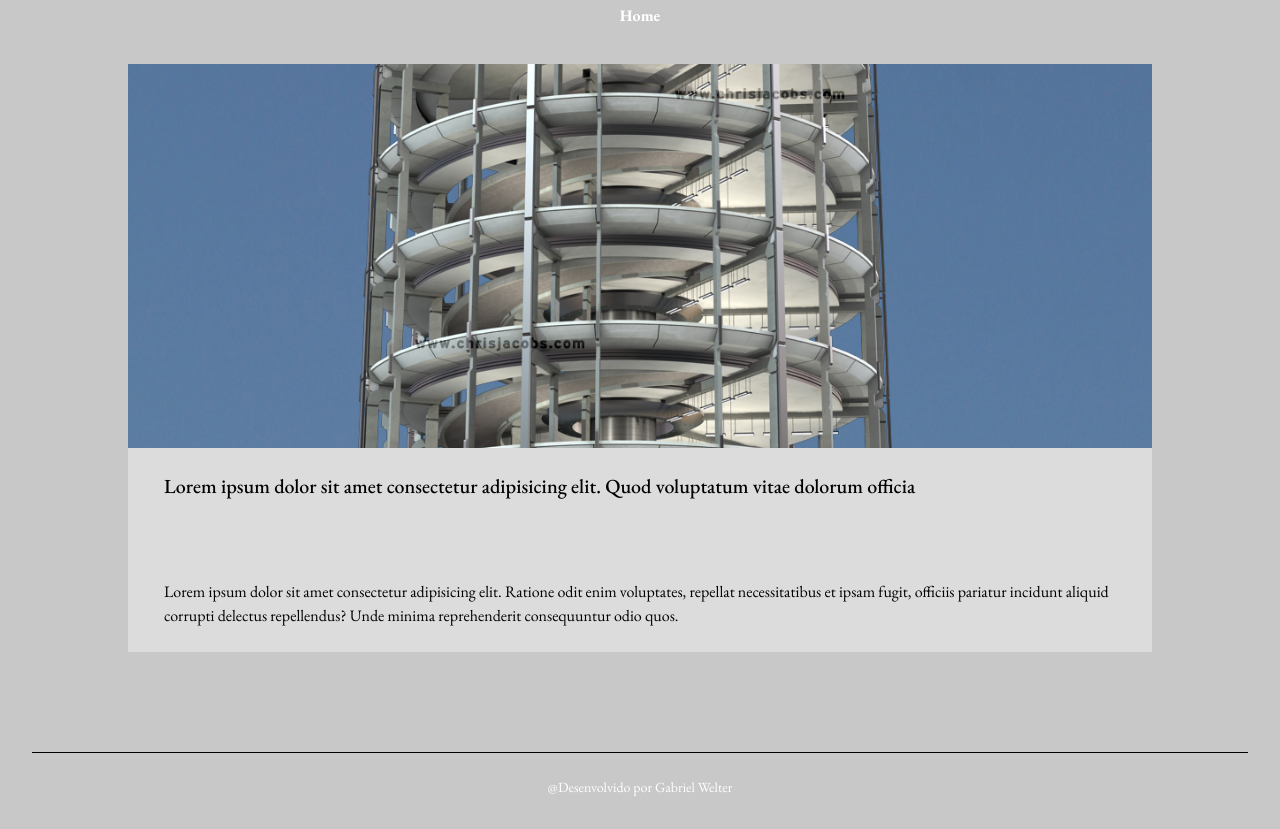
Repository: weltergab/Your-News-2-prismic-cms
Page: /noticiafull
These files come from the project's save history. The page is drawn as it stood at one moment and after the next save; the edit follows.
The browser window is 1280 px wide. The pictures show the whole page.
The project was rebuilt for these pictures with package versions that can differ from the ones it lists, and the page was loaded fresh each time. The framework's server and built-in components were replaced by stand-ins that run in the browser. Also part of the build but not shown: next.config.js.

Above is the page before, as saved 2023-04-30 20:38:37.

### src/pages/_document.tsx
import { Footer } from '@/components/Footer'
import { Navegacao } from '@/components/Navegacao'
import { Html, Head, Main, NextScript } from 'next/document'

export default function Document() {
  return (
    <Html lang="en">
      <Head>
        <link
          href="https://fonts.googleapis.com/css2?family=Roboto:wght@400;500&display=swap"
          rel="stylesheet"
        />
        <link rel="preconnect" href="https://fonts.googleapis.com" />
        <link rel="preconnect" href="https://fonts.gstatic.com" />
        <link href="https://fonts.googleapis.com/css2?family=EB+Garamond:ital,wght@0,400;0,500;0,600;0,700;0,800;1,400;1,500;1,600;1,700;1,800&family=Montserrat:ital,wght@0,300;0,400;0,500;0,600;0,700;0,800;0,900;1,300;1,400;1,500;1,600;1,700;1,800;1,900&display=swap" rel="stylesheet" />
      </Head>
      <body>
        <Navegacao />

        <Main />
        <NextScript />

        <Footer />
      </body>
    </Html>
  )
}

### src/pages/noticiafull/index.tsx
import Image from "next/image";

function NoticiaFull() {

  return (
    <div className='bg-color-bg bg-center bg-cover bg-no-repeat min-h-screen items-center flex flex-col'>

      <h1>Noticia Full</h1>
      <div className="bg-color-bg2 items-center flex flex-col mt-8 w-full max-w-5xl">
        <div className="h-96 w-full border-color-bg2 bg-green-300 relative overflow-hidden">
          <Image
            src="/vert.jpg"
            alt="Minha imagem"
            fill
            style={{ objectFit: 'cover' }} // object-fit: "contain"
          />
        </div>
        <div className="h-auto py-6 mx-3 px-6 flex flex-col relative">
          <h1 className="font-medium pb-20 text-xl">Lorem ipsum dolor sit amet consectetur adipisicing elit. Quod voluptatum vitae dolorum officia</h1>
          <p>Lorem ipsum dolor sit amet consectetur adipisicing elit. Ratione odit enim voluptates, repellat necessitatibus et ipsam fugit, officiis pariatur incidunt aliquid corrupti delectus repellendus? Unde minima reprehenderit consequuntur odio quos.</p>
        </div>
      </div>

    </div>
  )
}

export default NoticiaFull;

### src/styles/globals.css
@tailwind base;
@tailwind components;
@tailwind utilities;

h1 {
    @apply text-2xl text-color-title;
}

body {
    @apply bg-color-bg text-color-text2;
    -webkit-font-smoothing: antialiased;
  }

  /*

  a {
    color: #0070f3;
    text-decoration: none;
    font-weight: bold;
  }

  a:hover {
    font-style: italic;
  }


.btn {
    @apply text-base font-medium rounded-lg p-3;
}
.btn--primary {
    @apply bg-sky-500 text-white;
}
.btn--secondary {
    @apply bg-slate-100 text-slate-900;
}


Caixa de Texto 1
color: #f8fafc;
    background-color: var(--tw-prose-pre-bg);
    overflow-x: auto;
    font-weight: 400;
    font-size: .875em;
    line-height: 1.7142857;
    margin-top: 1.4285714285714286em;
    margin-bottom: 2.2857142857142856em;
    border-radius: 0.75rem;
    padding: 1.25rem;
    box-shadow: 0 4px 6px -1px #0000001a, 0 2px 4px -2px #0000001a;
    display: flex;
*/

### src/components/Footer/index.tsx
export function Footer() {
  return (
    <div className="bg-color-footer text-color-text p-8 rounded">
      <div className="border-t border-black pb-6"></div>
      <div className="text-center text-sm">
        @Desenvolvido por Gabriel Welter
      </div>
    </div>
  );
}

### src/components/Navegacao/index.tsx
import Link from "next/link";

export function Navegacao() {
  return (
    <div className="bg-color-footer w-full text-color-text p-1 mb-40 top-0 fixed z-10">
      <div className="text-center">
        <Link href="/">
          <h2 className="font-bold">Home</h2>
        </Link>
      </div>
    </div>
  );
}

### tailwind.config.js
/** @type {import('tailwindcss').Config} */
module.exports = {
  content: [
    './src/pages/**/*.{js,ts,jsx,tsx,mdx}',
    './src/components/**/*.{js,ts,jsx,tsx,mdx}',
    './src/app/**/*.{js,ts,jsx,tsx,mdx}',

    // Or if using `src` directory:
    "./src/**/*.{js,ts,jsx,tsx,mdx}",
  ],
  theme: {
    extend: {
      backgroundImage: {
        blur: 'url(/assets/blur-background.png)'
      },
      fontFamily: {
        sans: 'EB Garamond, serif, Montserrat, sans-serif'
      },
      colors: {
        black1: { //
          200: '#848DA0',
          300: '#C4C4C4',
          400: '#444B5B',
          500: '#0EE7B7',
          600: '#7AC7E3',
        },
        green: {
          300: '#00B37E',
          500: '#00875F',
          700: '#015F43',
        },
        blue: {
          500: '#81D8F7',
          700: '#1B2138',
          900: '#11172B',//
        },
        orange: {
          500: '#FBA94C',
        },
        red: {
          500: '#F75A68',
        },
        gray: {
          100: '#E1E1E6',
          200: '#C4C4CC',
          300: '#8D8D99',
          400: '#f8fafc', //
          500: '#323238',
          600: '#29292E',
          700: '#121214',
          900: '#09090A',
        },
        test: {
          100: '#1A1E23',
          200: '#4A90E2',
          300: '#F2F2F2',
          400: '#222222',
          500: '#68CC7A',
          600: '#FF5B5B',
        },
        fav: {
          100: '#242D34', //desfocado twitter blue
          300: '#15202B', //twitter blue
          200: '#282A36', //vscode
          400: '#11172B', //meu portifolio
        },
        color1: {
          'btn': '#0E2A47', // botões principais, textos de destaque e links que precisam se destacar
          'btn2': '#485B39', // botões secundários, elementos de navegação e detalhes que precisam se destacar sem serem tão intensos
          'bg': '#D8D8D8', // bg
          'bg2': '#11172B', // fundos dos elementos de conteúdo
          'del': '#7A1E1E', // botões de ação destrutiva
          'title': '#3B0D35', // cabeçalhos de seções importantes e títulos de página
          'confirm': '#FFA400', // botões de ação positiva
          'text': '#FFFFFF', // texto principal e o fundo de elementos de destaque
          'text2': '#000000',
          'div': '#A8A8A8', // bordas e elementos de divisão
          'footer': '#000000', // footer e nav
        },
        color: {
          'btn': '#0E2A47',
          'btn2': '#485B39',
          'bg': '#C8C8C8',
          'bg2': '#DCDCDC', //#DCDCDC
          'del': '#7A1E1E',
          'title': '#000000',
          'confirm': '#FFA400',
          'text': '#FFFFFF',
          'text2': '#000000',
          'div': '#A8A8A8', //#A8A8A8
          'footer': '#C8C8C8',
        }
      },
    },
  },
  plugins: [],
}

Loaded but not shown: src/pages/_app.tsx (common file)

After the next save:
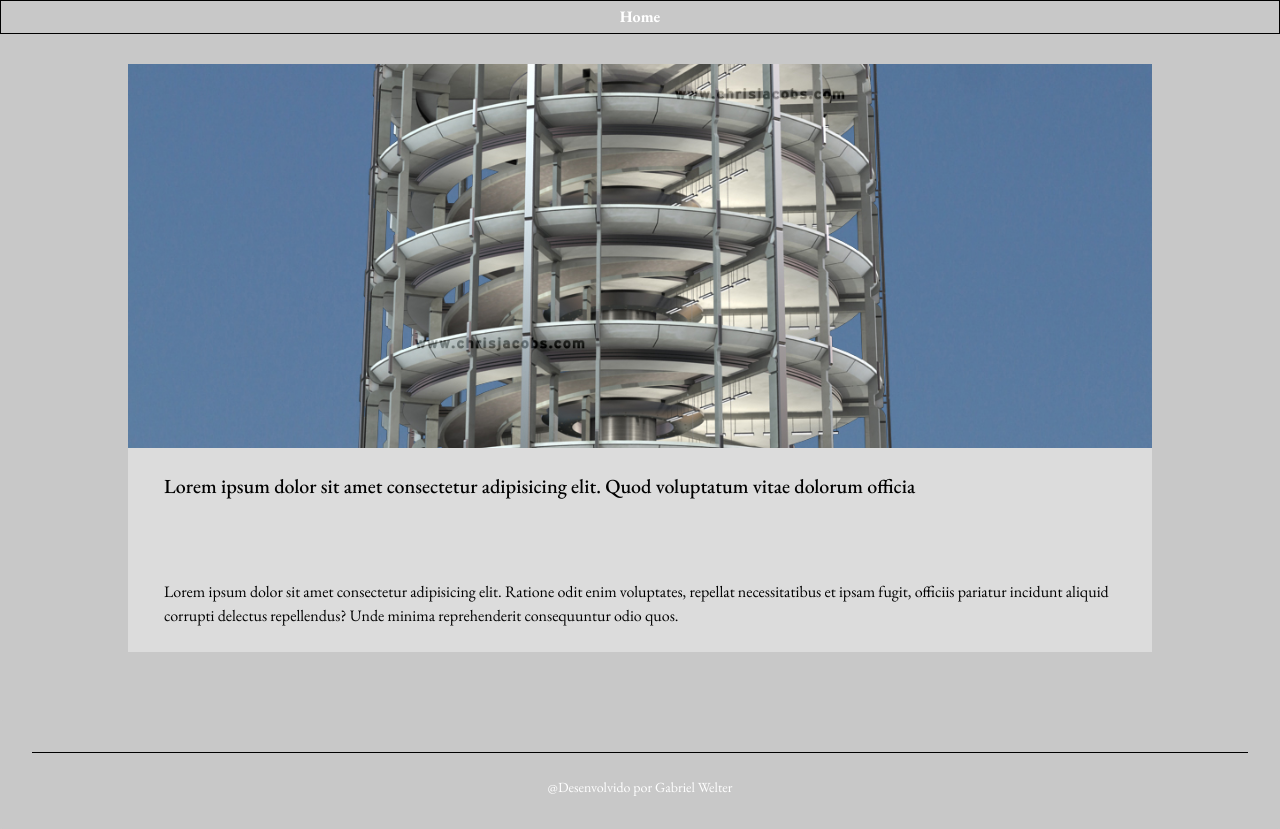
Saved 18 s later.
--- a/src/components/Navegacao/index.tsx
+++ b/src/components/Navegacao/index.tsx
@@ -2,7 +2,7 @@
 
 export function Navegacao() {
   return (
-    <div className="bg-color-footer w-full text-color-text p-1 mb-40 top-0 fixed z-10">
+    <div className="bg-color-footer w-full text-color-text p-1 mb-40 top-0 fixed z-10 border border-black">
       <div className="text-center">
         <Link href="/">
           <h2 className="font-bold">Home</h2>
